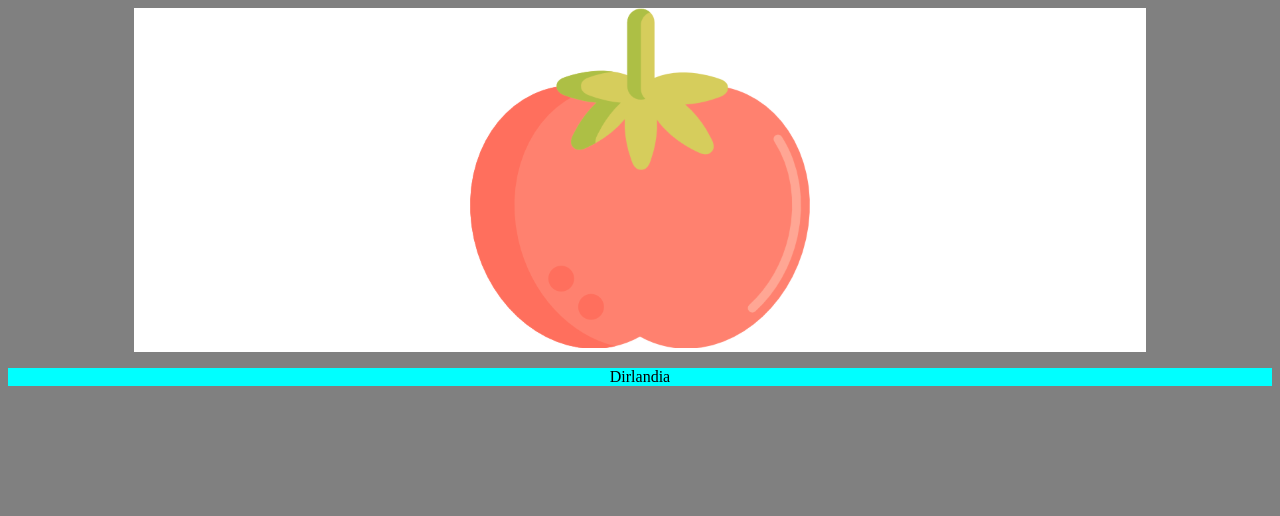
Repository: Dirlandia404/pomodoro
Page: /
An editor plug-in stored every save of this project. The page is shown before and after the next save, followed by the edit.
The browser window is 1280 px wide. The pictures show the whole page.
The project was rebuilt for these pictures with package versions that can differ from the ones it lists, and the page was loaded fresh each time.

Above is the page before, as saved 2021-11-24 23:10:16.

After the next save:
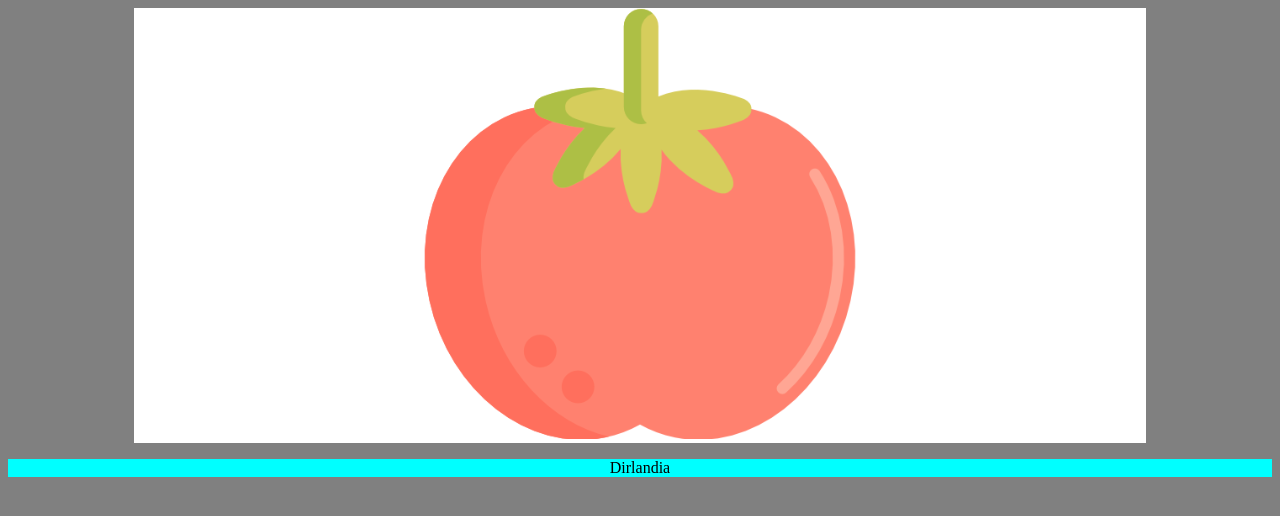
Saved 22 s later.
--- a/src/componentes/componente.css
+++ b/src/componentes/componente.css
@@ -9,7 +9,7 @@
     width: 80%;
 }
 img{
-    width: 40%;
+    width: 40vw;
     height: 20%;
 }
 p{

After the save that followed:
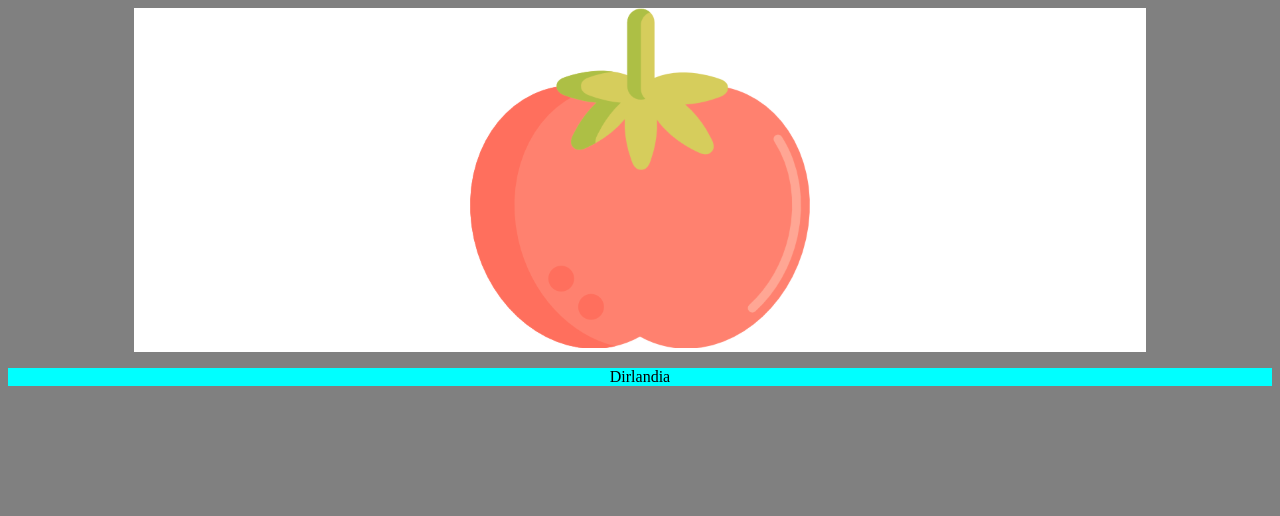
Saved 14 s later.
--- a/src/componentes/componente.css
+++ b/src/componentes/componente.css
@@ -9,7 +9,7 @@
     width: 80%;
 }
 img{
-    width: 40vw;
+    width: 40%;
     height: 20%;
 }
 p{
